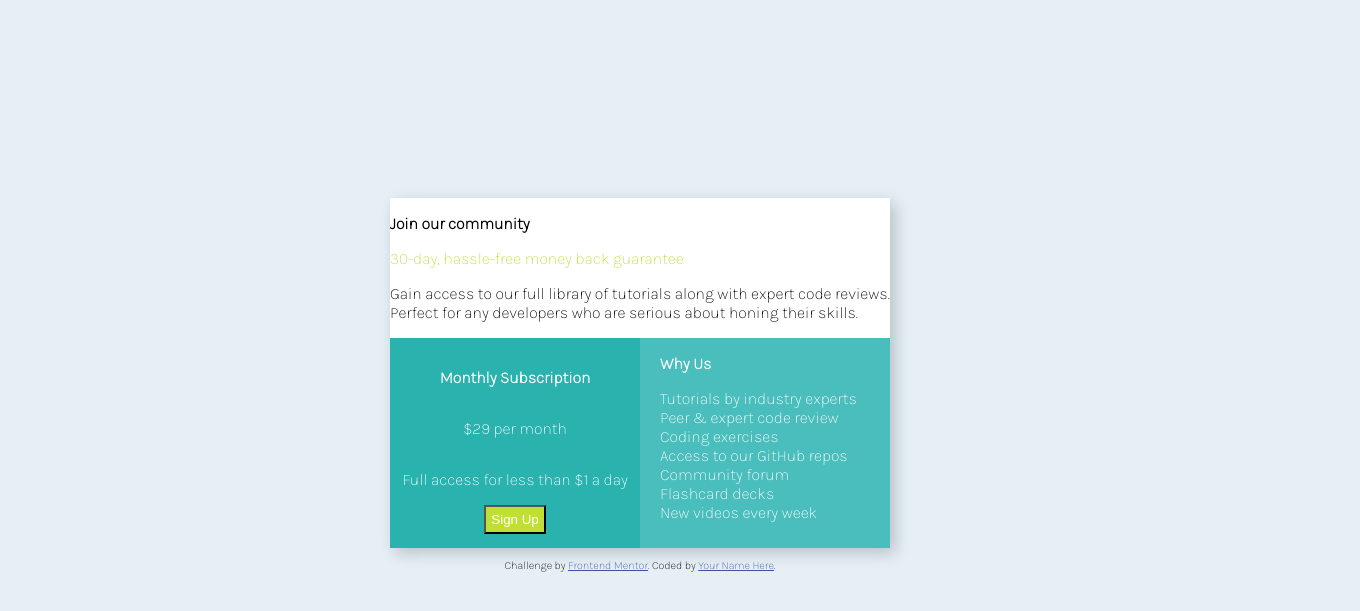
Repository: jminervino/PriceGridComponent
Page: index.html
These files come from the project's save history. The page is drawn as it stood at one moment and after a run of saves; the edit follows.
The browser window is 1280 px wide. The page is 1360 px wide, so the pictures cover 1360 px, including what lies to the right of the window. The pictures show the whole page.

Above is the page before, as saved 2022-02-06 00:47:15.

### index.html
<!DOCTYPE html>
<html lang="en">
<head>
  <meta charset="UTF-8">
  <meta name="viewport" content="width=device-width, initial-scale=1.0"> <!-- displays site properly based on user's device -->

  <link rel="icon" type="image/png" sizes="32x32" href="./images/favicon-32x32.png">
  <link rel="stylesheet" href="style.css">

  <title>Frontend Mentor | Single Price Grid Component</title>

  <!-- Feel free to remove these styles or customise in your own stylesheet 👍 -->
  <style>
    .attribution { font-size: 11px; text-align: center; }
    .attribution a { color: hsl(228, 45%, 44%); }
  </style>
</head>
<body>
    <div class="container">
        <div class="container2">
            <div class="sub-container-one">
                <p class="main-line">Join our community</p>

                <p class="text-yellow">30-day, hassle-free money back guarantee</p>

                <p>
                    Gain access to our full library of tutorials along with expert code reviews. <br>
                    Perfect for any developers who are serious about honing their skills.
                </p>
            </div>
            <div class="sub-container-two">
                <div class="box-one">
                    <p class="main-line">Monthly Subscription</p>

                    <p>&dollar;29 per month</p>

                    <p>Full access for less than &dollar;1 a day</p>

                    <button>Sign Up</button>
                </div>
                <div class="box-two">
                    <p class="main-line line-space">Why Us</p>
                    <p class="line-space">
                        Tutorials by industry experts <br>
                        Peer &amp; expert code review <br>
                        Coding exercises <br>
                        Access to our GitHub repos <br>
                        Community forum <br>
                        Flashcard decks <br>
                        New videos every week <br>
                    </p>
                </div>
            </div>
        </div>
    </div>
  <footer>
    <p class="attribution">
      Challenge by <a href="https://www.frontendmentor.io?ref=challenge" target="_blank">Frontend Mentor</a>.
      Coded by <a href="#">Your Name Here</a>.
    </p>
  </footer>
</body>
</html>

### style.css
@import url('https://fonts.googleapis.com/css2?family=Karla:ital,wght@0,200;1,200&family=Open+Sans+Condensed:wght@300&family=Quicksand:wght@300;400;500;600;700&display=swap');

body {

    background-color: hsl(204, 43%, 93%);
    display: flex;
    align-items: center;
    justify-content: center;
    font-family: "Karla", sans-serif;
    font-size: 16px;
    font-weight: 400;
    flex-direction: column;
}

button {
    background-color: hsl(71, 73%, 54%);
    color: white;
    padding: 5px;
}

.container {
    display: flex;
    align-items: center;
    justify-content: center;
    flex-direction: column;
    margin-top: 15%;
    width: 1440px;
}

.container2{
    display: flex;
    flex-direction: column;
    align-items: center;
    justify-content: center;
    box-shadow:  5px 5px 15px rgba(0, 0, 0, 0.2);;
}

.main-line {
    font-weight: 700;
}

.sub-container-one {
    background-color: white;
}

.sub-container-two {
    display: flex;
    align-items: center;
    justify-content: center;
    color: white;
}

.text-yellow {
    color: hsl(71, 73%, 54%);
}

.box-one {
    display: flex;
    align-items: center;
    justify-content: center;
    flex-direction: column;
    background-color: hsl(179, 62%, 43%);
    height: 210px;
    width: 250px;
}

.box-two {
    background-color: #4abebd;
    height: 210px;
    width: 250px;
}

.line-space {
    margin-left: 20px;
}

After the next 3 saves:
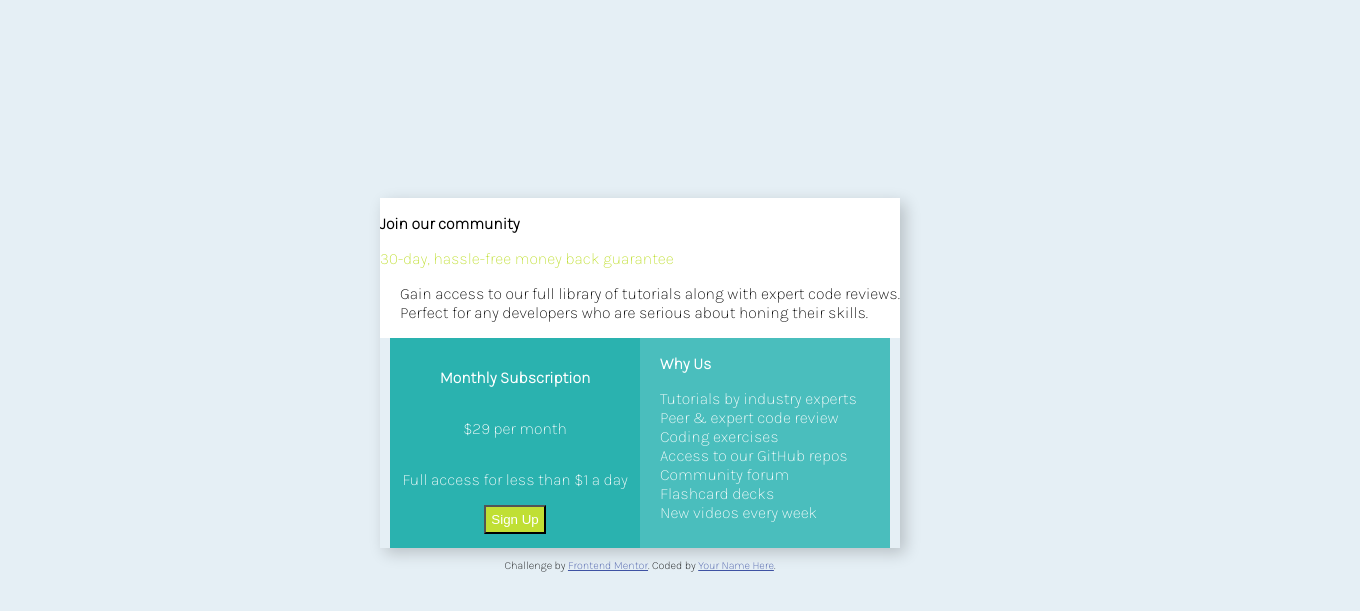
The 3 saves are shown as one change because they came seconds apart.
The last was saved 58 s later.
--- a/index.html
+++ b/index.html
@@ -23,7 +23,7 @@
 
                 <p class="text-yellow">30-day, hassle-free money back guarantee</p>
 
-                <p>
+                <p class="line-space">
                     Gain access to our full library of tutorials along with expert code reviews. <br>
                     Perfect for any developers who are serious about honing their skills.
                 </p>
